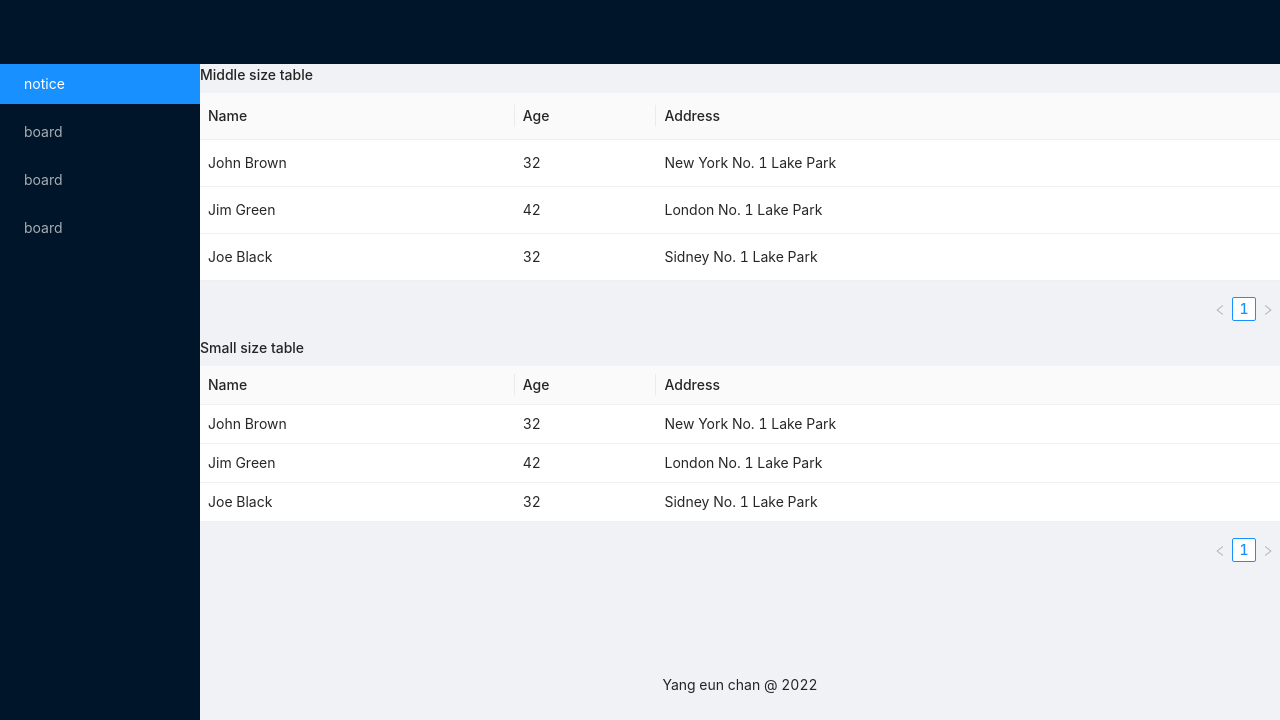
Repository: yangddoddi/community_react
Page: /
These files come from the project's save history. The page is drawn as it stood at one moment and after a run of saves; the edit follows.
The browser window is 1280 px wide. The pictures show the whole page.
The project was rebuilt for these pictures with package versions that can differ from the ones it lists, and the page was loaded fresh each time.

Above is the page before, as saved 2022-08-17 02:48:03.

### src/App.js
import {
  UploadOutlined,
  UserOutlined,
  VideoCameraOutlined,
} from "@ant-design/icons";
import { Layout, Menu } from "antd";
import "antd/dist/antd.css";
import "./App.scss";
import React from "react";
import styled from "styled-components";
import { Posts } from "./pages/Posts";
const { Header, Content, Footer, Sider } = Layout;

const LayoutStyled = styled(Layout)`
  height: 100%;
`;

const ContentStyled = styled(Content)`
  height: 100%;
  margin: "24px 16px 0";
`;

const MenuStyled = styled(Menu)`
  padding-top: 60px;
`;

const HeaderStyled = styled(Header)`
  padding: 0;
`;

const App = () => {
  const items = [
    { label: "notice", key: "1" },
    { label: "board", key: "2" },
    { label: "board", key: "3" },
    { label: "board", key: "4" },
  ];

  return (
    <LayoutStyled>
      <Sider
        breakpoint="lg"
        collapsedWidth="0"
        onBreakpoint={(broken) => {
          console.log(broken);
        }}
        onCollapse={(collapsed, type) => {
          console.log(collapsed, type);
        }}
      >
        <div className="logo" />
        <MenuStyled
          theme="dark"
          mode="inline"
          defaultSelectedKeys={["1"]}
          items={items}
        />
      </Sider>
      <Layout>
        <HeaderStyled className="site-layout-sub-header-backgrond" />
        <ContentStyled>
          <Posts />
        </ContentStyled>
        <Footer
          style={{
            textAlign: "center",
          }}
        >
          Yang eun chan @ 2022
        </Footer>
      </Layout>
    </LayoutStyled>
  );
};

export default App;

### src/App.scss
.site-layout-content {
    min-height: 280px;
    padding: 24px;
    background: #fff;
  }
  #components-layout-demo-top .logo {
    float: left;
    width: 120px;
    height: 31px;
    margin: 16px 24px 16px 0;
    background: rgba(255, 255, 255, 0.3);
  }
  .ant-row-rtl #components-layout-demo-top .logo {
    float: right;
    margin: 16px 0 16px 24px;
  }

  #root {
    height: 100%;
  }

### src/pages/Posts.js
import { Table } from "antd";
import React from "react";
const columns = [
  {
    title: "Name",
    dataIndex: "name",
  },
  {
    title: "Age",
    dataIndex: "age",
  },
  {
    title: "Address",
    dataIndex: "address",
  },
];
const data = [
  {
    key: "1",
    name: "John Brown",
    age: 32,
    address: "New York No. 1 Lake Park",
  },
  {
    key: "2",
    name: "Jim Green",
    age: 42,
    address: "London No. 1 Lake Park",
  },
  {
    key: "3",
    name: "Joe Black",
    age: 32,
    address: "Sidney No. 1 Lake Park",
  },
];

export const Posts = () => (
  <div>
    <h4>Middle size table</h4>
    <Table columns={columns} dataSource={data} size="middle" />
    <h4>Small size table</h4>
    <Table columns={columns} dataSource={data} size="small" />
  </div>
);

Loaded but not shown: public/index.html (common file); src/index.js (common file); src/index.css (common file); src/reportWebVitals.js (common file)

After the next 3 saves:
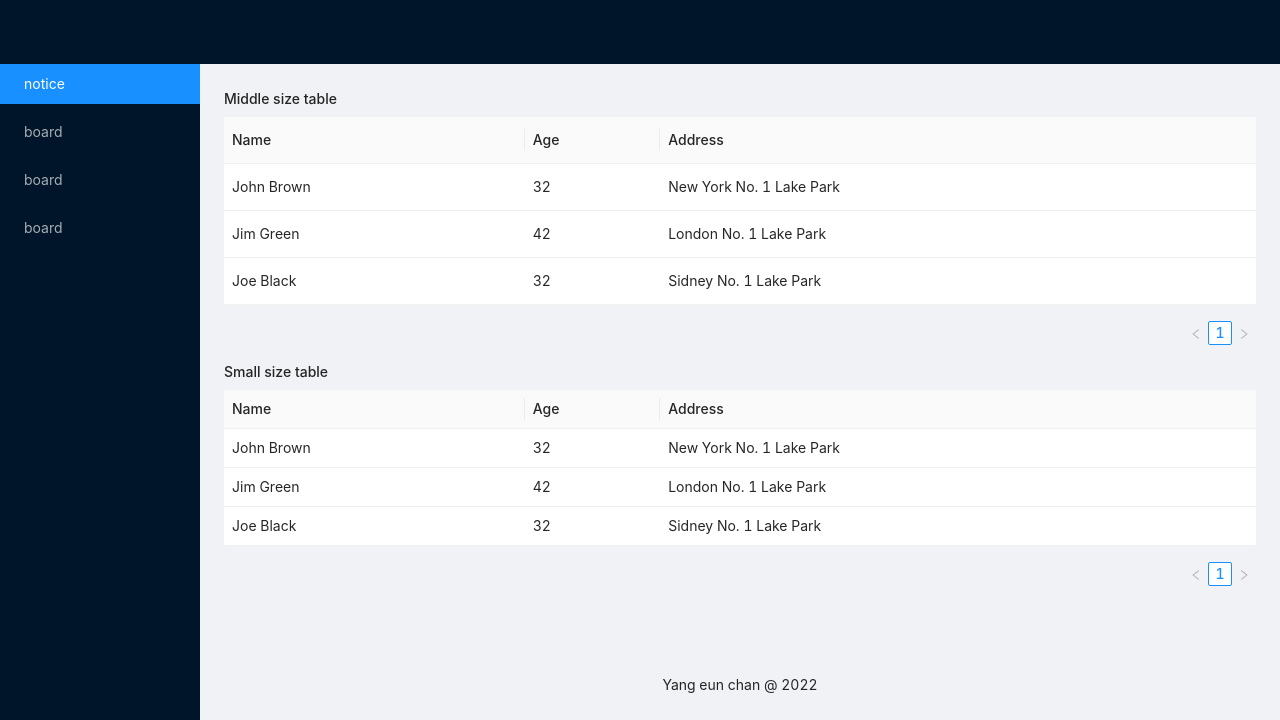
The 3 saves are shown as one change because 2 did not build or start.
The last was saved 35 s later.
--- a/src/App.js
+++ b/src/App.js
@@ -59,7 +59,15 @@ const App = () => {
       <Layout>
         <HeaderStyled className="site-layout-sub-header-backgrond" />
         <ContentStyled>
-          <Posts />
+          <div
+            className="site-layout-background"
+            style={{
+              padding: 24,
+              minHeight: 360,
+            }}
+          >
+            <Posts />
+          </div>
         </ContentStyled>
         <Footer
           style={{
